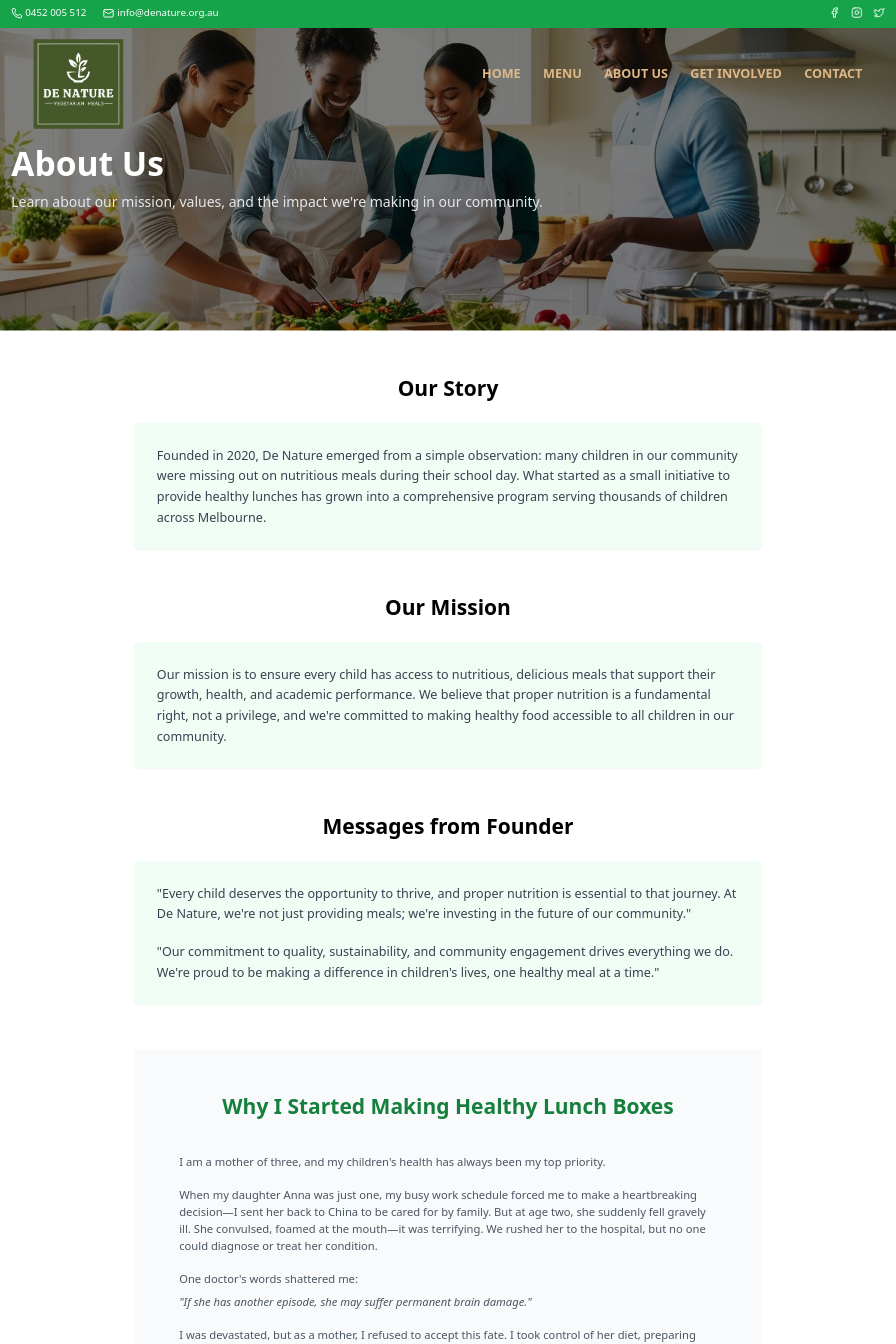
Repository: sunnyyan01/denature-website
Page: /about
An editor plug-in stored every save of this project. The page is shown before and after the next save, followed by the edit.
The browser window is 1280 px wide. The pictures show the part of the page from y = 0 to 1920 px (the page is 3456 px tall before and 3079 px after), at 70% of full size.
The project was rebuilt for these pictures with package versions that can differ from the ones it lists, and the page was loaded fresh each time. The framework's server and built-in components were replaced by stand-ins that run in the browser. Also part of the build but not shown: next.config.js.

Above is the page before, as saved 2025-05-11 19:52:08.

### src/app/layout.tsx
import type { Metadata } from "next";
import { Inter, Poppins } from "next/font/google";
import "./globals.css";
import Navbar from "@/components/Navbar";
import Footer from "@/components/Footer";
import { Phone, Mail, Facebook, Instagram, Twitter } from "lucide-react";

const inter = Inter({
  subsets: ["latin"],
  variable: '--font-inter',
});

const poppins = Poppins({
  weight: ['400', '500', '600', '700'],
  subsets: ['latin'],
  variable: '--font-poppins',
});

export const metadata: Metadata = {
  title: "DE NATURE - Sydney Lunch Program",
  description: "Providing nutritious meals to children in need across Sydney",
  verification: {
    google: "OqLlSQNFE1spUS93SXK13pK8N_CO4S7m2l7H1rPvJmY",
  },
  icons: {
    icon: '/favicon.ico',
    shortcut: '/favicon.ico',
  },
};

export default function RootLayout({
  children,
}: {
  children: React.ReactNode;
}) {
  return (
    <html lang="en">
      <body className={`${inter.variable} ${poppins.variable} font-sans bg-background text-text`}>
        {/* Social Info Bar - Fixed at top */}
        <div className="fixed top-0 left-0 right-0 z-50 bg-green-600">
          <div className="container mx-auto px-4 py-2">
            <div className="flex items-center justify-between text-sm">
              <div className="flex items-center space-x-6">
                <a href="tel:0452005512" className="text-white hover:text-primaryLight transition-colors group relative">
                  <Phone className="w-4 h-4 inline-block mr-1" />
                  0452 005 512
                  <span className="absolute -bottom-6 left-0 bg-black/80 text-white text-xs px-2 py-1 rounded opacity-0 group-hover:opacity-100 transition-opacity whitespace-nowrap">
                    Call Us
                  </span>
                </a>
                <a href="mailto:info@denature.org.au?v=2" className="text-white hover:text-primaryLight transition-colors group relative">
                  <Mail className="w-4 h-4 inline-block mr-1" />
                  info@denature.org.au
                  <span className="absolute -bottom-6 left-0 bg-black/80 text-white text-xs px-2 py-1 rounded opacity-0 group-hover:opacity-100 transition-opacity whitespace-nowrap">
                    Email Us
                  </span>
                </a>
              </div>
              <div className="flex items-center space-x-4">
                <a href="#" className="text-white hover:text-primaryLight transition-colors group relative">
                  <Facebook className="w-4 h-4" />
                  <span className="absolute -bottom-6 left-0 bg-black/80 text-white text-xs px-2 py-1 rounded opacity-0 group-hover:opacity-100 transition-opacity whitespace-nowrap">
                    Facebook
                  </span>
                </a>
                <a href="#" className="text-white hover:text-primaryLight transition-colors group relative">
                  <Instagram className="w-4 h-4" />
                  <span className="absolute -bottom-6 left-0 bg-black/80 text-white text-xs px-2 py-1 rounded opacity-0 group-hover:opacity-100 transition-opacity whitespace-nowrap">
                    Instagram
                  </span>
                </a>
                <a href="#" className="text-white hover:text-primaryLight transition-colors group relative">
                  <Twitter className="w-4 h-4" />
                  <span className="absolute -bottom-6 left-0 bg-black/80 text-white text-xs px-2 py-1 rounded opacity-0 group-hover:opacity-100 transition-opacity whitespace-nowrap">
                    Twitter
                  </span>
                </a>
              </div>
            </div>
          </div>
        </div>

        {/* Navigation and Content */}
        <div className="relative">
          <Navbar />
          <main>
            {children}
          </main>
        </div>

        <Footer />
      </body>
    </html>
  );
}

### src/app/about/page.tsx
import Image from 'next/image';

export default function AboutPage() {
  return (
    <main className="min-h-screen">
      {/* Hero Section */}
      <section className="relative h-[60vh]">
        <div className="absolute inset-0">
          <Image
            src="/about-hero.jpg"
            alt="About Us Hero"
            fill
            className="object-cover"
            priority
          />
          <div className="absolute inset-0 bg-black/50"></div>
        </div>
        <div className="relative container mx-auto px-4 h-full flex items-center">
          <div className="max-w-3xl text-white space-y-4">
            <h1 className="text-5xl font-bold font-heading">About Us</h1>
            <p className="text-xl text-gray-200">
              Learn about our mission, values, and the impact we're making in our community.
            </p>
          </div>
        </div>
      </section>

      {/* Main Content */}
      <div className="container mx-auto px-4 py-16">
        <div className="max-w-4xl mx-auto">
          {/* Our Story Section */}
          <section className="mb-16">
            <h2 className="text-3xl font-bold mb-8 text-center">Our Story</h2>
            <div className="bg-[#F0FDF4] p-8 rounded-lg shadow-sm">
              <p className="text-lg text-gray-700 leading-relaxed">
                Founded in 2020, De Nature emerged from a simple observation: many children in our community were missing out on nutritious meals during their school day. What started as a small initiative to provide healthy lunches has grown into a comprehensive program serving thousands of children across Melbourne.
              </p>
            </div>
          </section>

          {/* Our Mission Section */}
          <section className="mb-16">
            <h2 className="text-3xl font-bold mb-8 text-center">Our Mission</h2>
            <div className="bg-[#F0FDF4] p-8 rounded-lg shadow-sm">
              <p className="text-lg text-gray-700 leading-relaxed">
                Our mission is to ensure every child has access to nutritious, delicious meals that support their growth, health, and academic performance. We believe that proper nutrition is a fundamental right, not a privilege, and we're committed to making healthy food accessible to all children in our community.
              </p>
            </div>
          </section>

          {/* Messages from Founder Section */}
          <section className="mb-16">
            <h2 className="text-3xl font-bold mb-8 text-center">Messages from Founder</h2>
            <div className="bg-[#F0FDF4] p-8 rounded-lg shadow-sm">
              <p className="text-lg text-gray-700 leading-relaxed mb-6">
                "Every child deserves the opportunity to thrive, and proper nutrition is essential to that journey. At De Nature, we're not just providing meals; we're investing in the future of our community."
              </p>
              <p className="text-lg text-gray-700 leading-relaxed">
                "Our commitment to quality, sustainability, and community engagement drives everything we do. We're proud to be making a difference in children's lives, one healthy meal at a time."
              </p>
            </div>
          </section>

          {/* Why I Started Section */}
          <section className="py-16 bg-gray-50">
            <div className="container mx-auto px-4">
              <h2 className="text-3xl font-bold text-center mb-12 text-green-700">
                Why I Started Making Healthy Lunch Boxes
              </h2>
              <div className="max-w-3xl mx-auto text-gray-600 space-y-6">
                <p>
                  I am a mother of three, and my children's health has always been my top priority.
                </p>
                <p>
                  When my daughter Anna was just one, my busy work schedule forced me to make a heartbreaking decision—I sent her back to China to be cared for by family. But at age two, she suddenly fell gravely ill. She convulsed, foamed at the mouth—it was terrifying. We rushed her to the hospital, but no one could diagnose or treat her condition.
                </p>
                <p>
                  One doctor's words shattered me:
                  <span className="block italic mt-2">"If she has another episode, she may suffer permanent brain damage."</span>
                </p>
                <p>
                  I was devastated, but as a mother, I refused to accept this fate. I took control of her diet, preparing every meal from scratch, researching food therapy, and selecting only natural, nutritious ingredients. For two years, she never ate takeout or food from outside. I observed her progress, adjusted her diet, and held onto hope.
                </p>
                <p>
                  Then, a miracle happened—Anna fully recovered.
                </p>
                <p>
                  Doctors couldn't explain it, but I knew: healthy eating saved her. That moment changed my life.
                </p>
                <p>
                  This is why I created De Nature Healthy Lunch Box—to provide children with nutritious, balanced, and delicious meals that support their health, focus, and growth. I know many parents want the best for their kids but don't always have time to prepare fresh, healthy lunches. De Nature makes it easier.
                </p>
                <p>
                  Because I've been there.
                  <br />
                  Because I understand.
                  <br />
                  This is more than a business—it's my mission.
                </p>
              </div>
            </div>
          </section>

          {/* Sydney Lunch Program Section */}
          <section className="py-16 bg-white">
            <div className="container mx-auto px-4">
              <h2 className="text-3xl font-bold text-center mb-12 text-green-700">
                Sydney Lunch Program – Providing Nutritional and Delicious Meals for Children
              </h2>
              <div className="max-w-3xl mx-auto text-gray-600 space-y-8">
                <div>
                  <h3 className="text-xl font-semibold mb-4 text-green-700">Project Overview:</h3>
                  <p>
                    In Sydney, many children from low-income and refugee families struggle to access balanced and diverse meals due to the high cost of living. We aim to provide these children with healthy, delicious lunches, helping them stay focused on learning and activities.
                  </p>
                </div>

                <div>
                  <h3 className="text-xl font-semibold mb-4 text-green-700">Our Goal:</h3>
                  <ul className="list-disc pl-6 space-y-2">
                    <li>To provide low-income, refugee, and special education school children with nutritious, varied, and delicious meals.</li>
                    <li>By offering diverse meals, we aim to improve children's physical health and academic performance.</li>
                  </ul>
                </div>

                <div>
                  <h3 className="text-xl font-semibold mb-4 text-green-700">Target Groups:</h3>
                  <ul className="list-disc pl-6 space-y-2">
                    <li>Children from low-income families</li>
                    <li>Children from refugee families</li>
                    <li>Special education students</li>
                  </ul>
                </div>

                <div>
                  <h3 className="text-xl font-semibold mb-4 text-green-700">How You Can Help:</h3>
                  <ul className="list-disc pl-6 space-y-2">
                    <li><span className="font-semibold">Donate Vegetables and Ingredients:</span> We invite organizations to donate fresh vegetables and food supplies to help us provide nutritious meals for children.</li>
                    <li><span className="font-semibold">Volunteer:</span> Join our team of volunteers and contribute your time and effort to support the program.</li>
                    <li><span className="font-semibold">Spread the Word:</span> Share the project to help us reach more supporters and participants.</li>
                  </ul>
                </div>

                <p className="text-center font-semibold mt-8">
                  Your support can make a lasting impact on these children's future!
                </p>
              </div>
            </div>
          </section>
        </div>
      </div>
    </main>
  );
}

### src/app/globals.css
@tailwind base;
@tailwind components;
@tailwind utilities;

:root {
  --foreground-rgb: 0, 0, 0;
  --background-rgb: 255, 255, 255;
}

body {
  color: rgb(var(--foreground-rgb));
  background: rgb(var(--background-rgb));
}

/* Smooth scrolling */
html {
  scroll-behavior: smooth;
}

/* Custom scrollbar */
::-webkit-scrollbar {
  width: 8px;
}

::-webkit-scrollbar-track {
  background: #f1f1f1;
}

::-webkit-scrollbar-thumb {
  background: #4ade80;
  border-radius: 4px;
}

::-webkit-scrollbar-thumb:hover {
  background: #22c55e;
}

/* Form styles */
@layer components {
  .form-input {
    @apply w-full px-4 py-2 rounded-md border border-gray-300 focus:outline-none focus:ring-2 focus:ring-green-500 focus:border-transparent;
  }

  .form-textarea {
    @apply w-full px-4 py-2 rounded-md border border-gray-300 focus:outline-none focus:ring-2 focus:ring-green-500 focus:border-transparent;
  }
}

/* Custom styles for form inputs */
input[type="text"],
input[type="email"],
textarea {
  @apply border border-gray-300 rounded-md px-4 py-2 focus:outline-none focus:ring-2 focus:ring-green-500 focus:border-transparent;
}

/* 导航栏样式 */
.navbar {
  background-color: transparent;
  color: #333;
  padding: 1rem 0;
  width: 100%;
  z-index: 50;
}

.navbar-container {
  max-width: 1280px;
  margin: 0 auto;
  padding: 0 1rem;
  display: flex;
  justify-content: space-between;
  align-items: center;
}

.navbar-logo {
  font-size: 1.5rem;
  font-weight: bold;
  color: #8B4513;
  text-decoration: none;
}

.navbar-links {
  display: flex;
  gap: 2rem;
}

.navbar-link {
  color: #333;
  text-decoration: none;
  font-weight: 500;
  transition: color 0.2s;
}

.navbar-link:hover {
  color: #8B4513;
}

/* 移动端菜单按钮 */
.mobile-menu-button {
  display: none;
  color: #333;
  font-size: 1.5rem;
  cursor: pointer;
}

/* 响应式设计 */
@media (max-width: 768px) {
  .mobile-menu-button {
    display: block;
  }

  .navbar-links {
    display: none;
    position: absolute;
    top: 100%;
    left: 0;
    right: 0;
    background-color: white;
    padding: 1rem;
    flex-direction: column;
    gap: 1rem;
  }

  .navbar-links.active {
    display: flex;
  }
}

### src/components/Footer.tsx
'use client';

export default function Footer() {
  const currentYear = new Date().getFullYear();

  return (
    <footer className="bg-green-600 text-white">
      <div className="border-t border-[#FFD700]/30 py-4">
        <div className="container mx-auto px-4">
          <div className="text-center text-sm text-white">
            <p>© 2025 DENATURE HEALTH LIMITED | ALL RIGHTS RESERVED</p>
            <p>ABN: 95685633694</p>
          </div>
        </div>
      </div>
    </footer>
  );
}

Loaded but not shown: tailwind.config.js (30 lines, source omitted); src/components/Navbar.tsx (232 lines, source omitted)

After the next save:
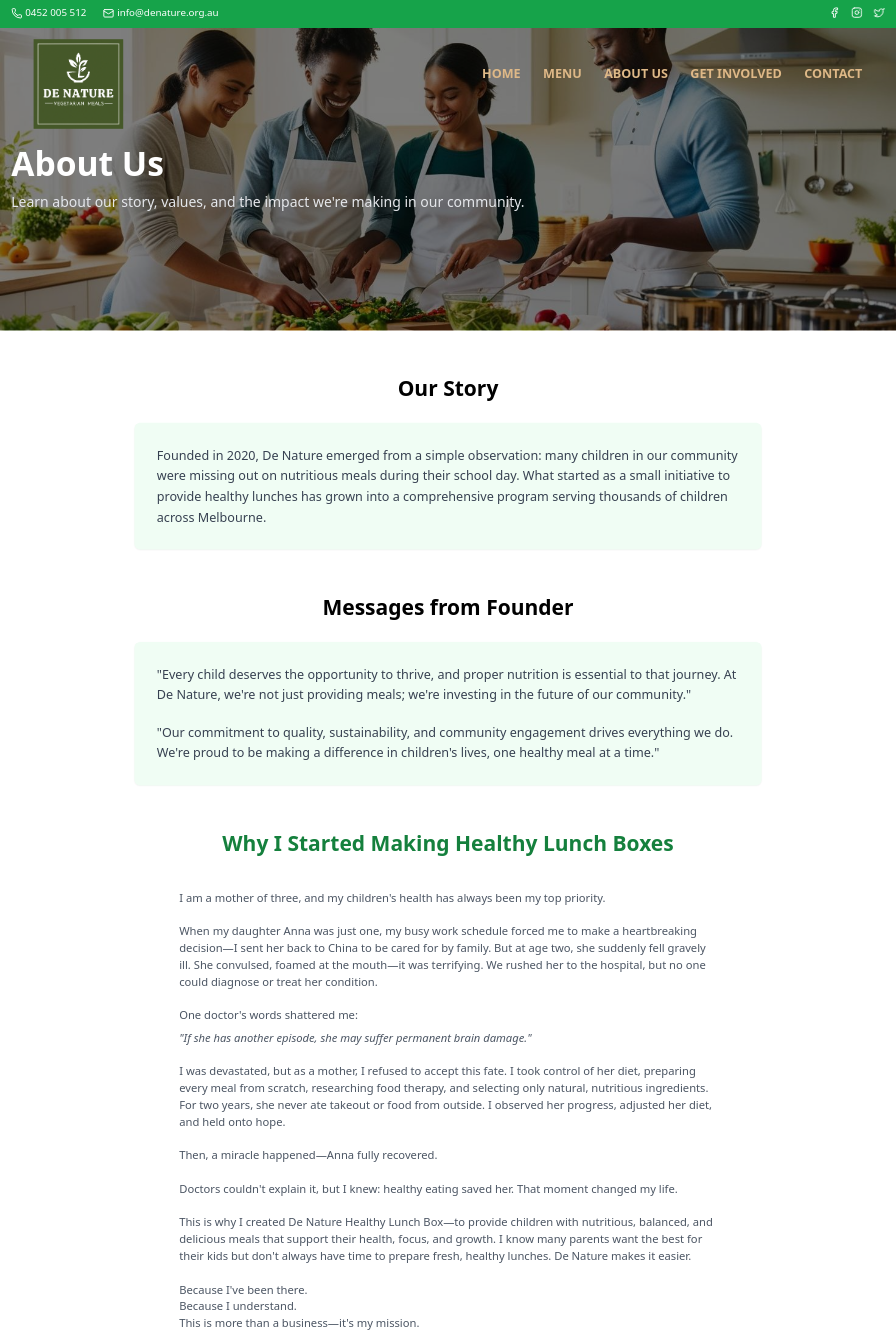
Saved 4 min 54 s later.
--- a/src/app/about/page.tsx
+++ b/src/app/about/page.tsx
@@ -19,7 +19,7 @@
           <div className="max-w-3xl text-white space-y-4">
             <h1 className="text-5xl font-bold font-heading">About Us</h1>
             <p className="text-xl text-gray-200">
-              Learn about our mission, values, and the impact we're making in our community.
+              Learn about our story, values, and the impact we're making in our community.
             </p>
           </div>
         </div>
@@ -38,16 +38,6 @@
             </div>
           </section>
 
-          {/* Our Mission Section */}
-          <section className="mb-16">
-            <h2 className="text-3xl font-bold mb-8 text-center">Our Mission</h2>
-            <div className="bg-[#F0FDF4] p-8 rounded-lg shadow-sm">
-              <p className="text-lg text-gray-700 leading-relaxed">
-                Our mission is to ensure every child has access to nutritious, delicious meals that support their growth, health, and academic performance. We believe that proper nutrition is a fundamental right, not a privilege, and we're committed to making healthy food accessible to all children in our community.
-              </p>
-            </div>
-          </section>
-
           {/* Messages from Founder Section */}
           <section className="mb-16">
             <h2 className="text-3xl font-bold mb-8 text-center">Messages from Founder</h2>
@@ -62,7 +52,7 @@
           </section>
 
           {/* Why I Started Section */}
-          <section className="py-16 bg-gray-50">
+          <section className="mb-16">
             <div className="container mx-auto px-4">
               <h2 className="text-3xl font-bold text-center mb-12 text-green-700">
                 Why I Started Making Healthy Lunch Boxes
@@ -107,7 +97,7 @@
               <h2 className="text-3xl font-bold text-center mb-12 text-green-700">
                 Sydney Lunch Program – Providing Nutritional and Delicious Meals for Children
               </h2>
-              <div className="max-w-3xl mx-auto text-gray-600 space-y-8">
+              <div className="max-w-3xl mx-auto space-y-8">
                 <div>
                   <h3 className="text-xl font-semibold mb-4 text-green-700">Project Overview:</h3>
                   <p>
